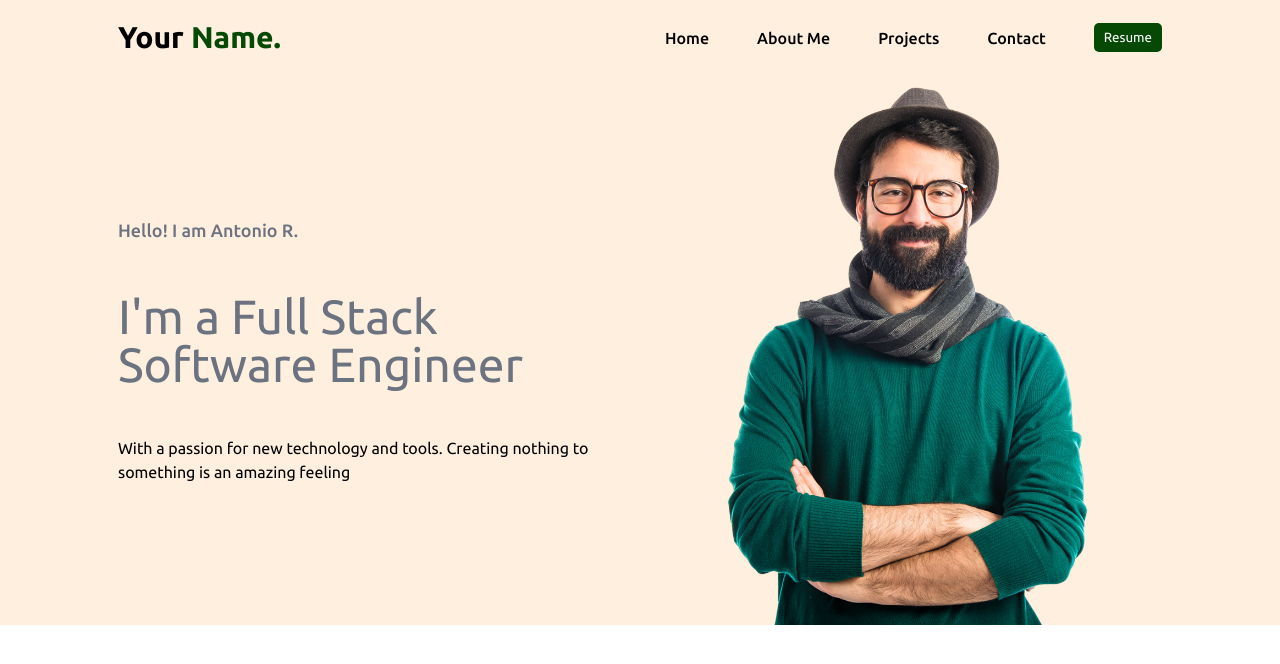
Repository: DevAntonioRogers/vanilla-portfolio
Page: index.html
The author's editor kept a copy of each file at every save. The page is drawn from the files as they stood at one save, then again after the next save.
The browser window is 1280 px wide. The pictures show the whole page.

Above is the page before, as saved 2023-07-14 22:16:03.

### index.html
<!DOCTYPE html>
<html lang="en">
  <head>
    <meta charset="UTF-8" />
    <meta name="viewport" content="width=device-width, initial-scale=1.0" />
    <link rel="stylesheet" href="style.css" />
    <title>Antonio Rogers</title>
  </head>
  <body>
    <nav>
      <div class="container navbar">
        <a href="/" aria-label="Home">
          <h1>Your <span>Name.</span></h1></a
        >
        <ul>
          <li>
            <a href="/" aria-label="Home">Home</a>
          </li>
          <li>
            <a href="/" aria-label="About Me">About Me</a>
          </li>
          <li>
            <a href="/" aria-label="Projects">Projects</a>
          </li>
          <li>
            <a href="/" aria-label="Contact">Contact</a>
          </li>
          <li>
            <a href="/resume.pdf" download aria-label="Download Resume">
              <button class="navbar-button">Resume</button>
            </a>
          </li>
        </ul>
      </div>
    </nav>

    <section class="hero">
      <div class="container hero-container">
        <div class="hero-info">
          <h4>Hello! I am Antonio R.</h4>
          <h1>I'm a Full Stack Software Engineer</h1>
          <p>With a passion for new technology and tools. Creating nothing to something is an amazing feeling</p>
        </div>

        <div class="hero-image-container">
          <img src="hero.png" alt="" />
        </div>
      </div>
    </section>
  </body>
</html>

### style.css
@import url("https://fonts.googleapis.com/css2?family=Ubuntu:wght@300;400;500;700&display=swap");

* {
  box-sizing: border-box;
  padding: 0;
  margin: 0;
  font-family: "Ubuntu", sans-serif;
}

a {
  text-decoration: none;
  color: inherit;
}

li {
  list-style: none;
}

.container {
  width: 89%;
  margin: auto;
  max-width: 1044px;
}

/* NAVBAR STYLING */

nav {
  background: #feefde;
  padding: 20px 0;
}

.navbar {
  display: flex;
  justify-content: space-between;
  align-items: center;
}

.navbar h1 {
  font-size: 30px;
  font-weight: 700;
}

.navbar span {
  color: rgb(5, 73, 5);
}

.navbar ul {
  display: flex;
  align-items: center;
  gap: 3rem;
}

.navbar ul li {
  font-weight: 500;
}

.navbar-button {
  background-color: rgb(5, 73, 5);
  padding: 7px 10px;
  border-radius: 5px;
  color: white;
  border: none;
}

/* HERO STYLES */

.hero {
  background-color: #feefde;
}

.hero-container {
  display: grid;
  grid-template-columns: repeat(2, minmax(0, 1fr));
  align-items: center;
  gap: 1.5rem;
}

.hero-image-container {
  display: flex;
  justify-content: center;
  align-items: center;
}

.hero-info {
  display: flex;
  flex-direction: column;
  gap: 3rem;
}

.hero-info h4 {
  font-size: 1.12rem;
  line-height: 1.75rem;
  color: #6b7280;
  font-weight: 500;
}

.hero-info h1 {
  font-size: 3rem;
  line-height: 1;
  color: #6b7280;
  font-weight: 400;
}

.hero-info p {
  font-size: 1rem;
  line-height: 1.5rem;
}

.hero-container img {
  height: 550px;
  position: relative;
}

After the next save:
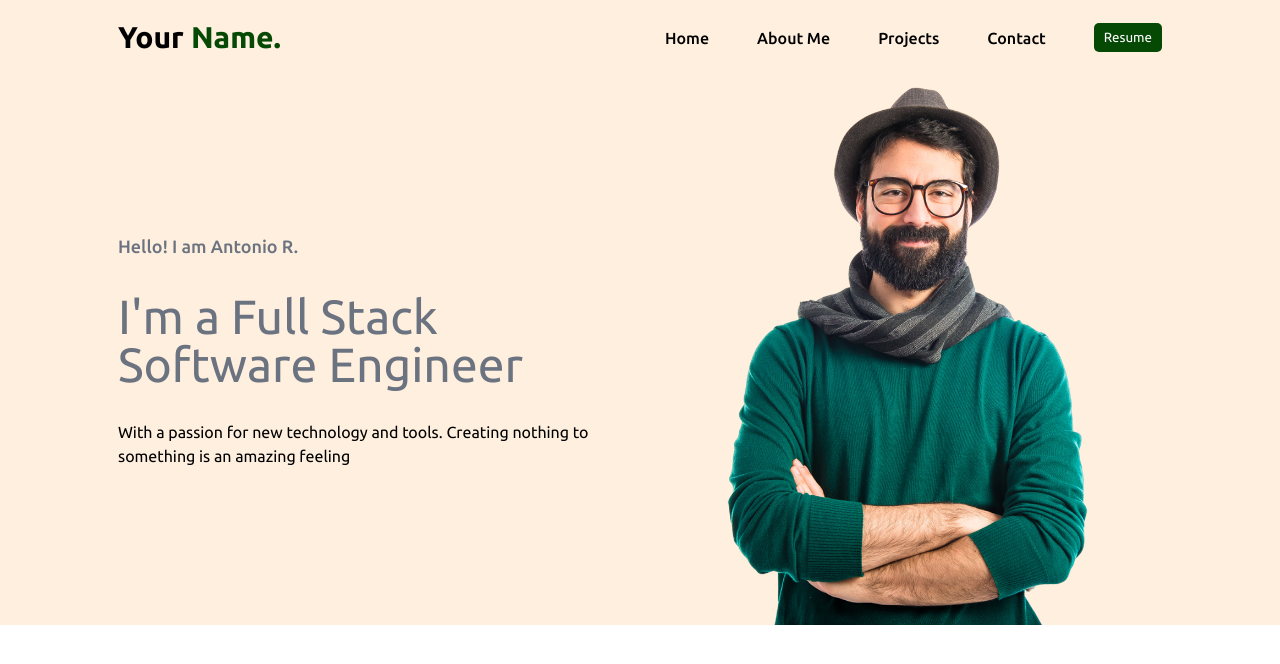
Saved 4 s later.
--- a/style.css
+++ b/style.css
@@ -84,7 +84,7 @@ nav {
 .hero-info {
   display: flex;
   flex-direction: column;
-  gap: 3rem;
+  gap: 2rem;
 }
 
 .hero-info h4 {
